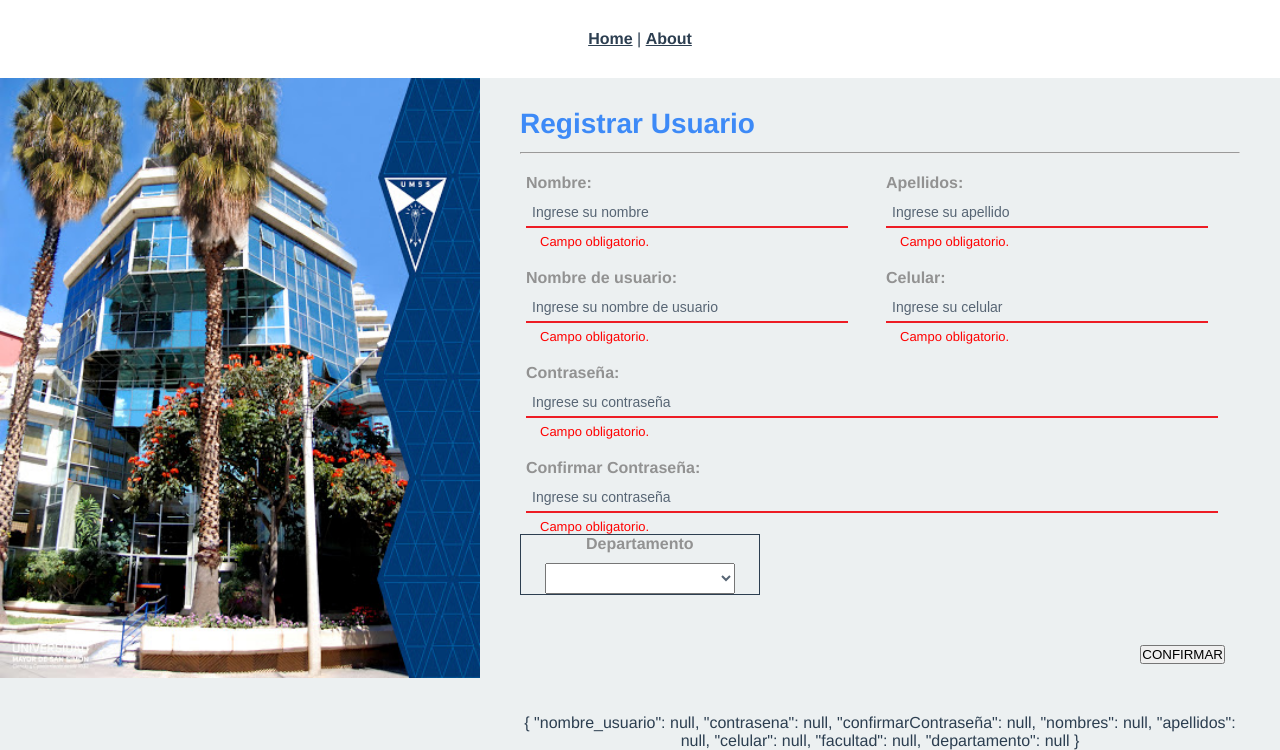
Repository: BritanyTorrico/front-cotizaciones
Page: /register
These files come from the project's save history. The page is drawn as it stood at one moment and after the next save; the edit follows.
The browser window is 1280 px wide. The pictures show the whole page.
The project was rebuilt for these pictures with package versions that can differ from the ones it lists, and the page was loaded fresh each time. Also part of the build but not shown: vue.config.js, src/components/HelloWorld.vue, src/views/Home.vue.

Above is the page before, as saved 2021-04-22 10:39:41.

After the next save:
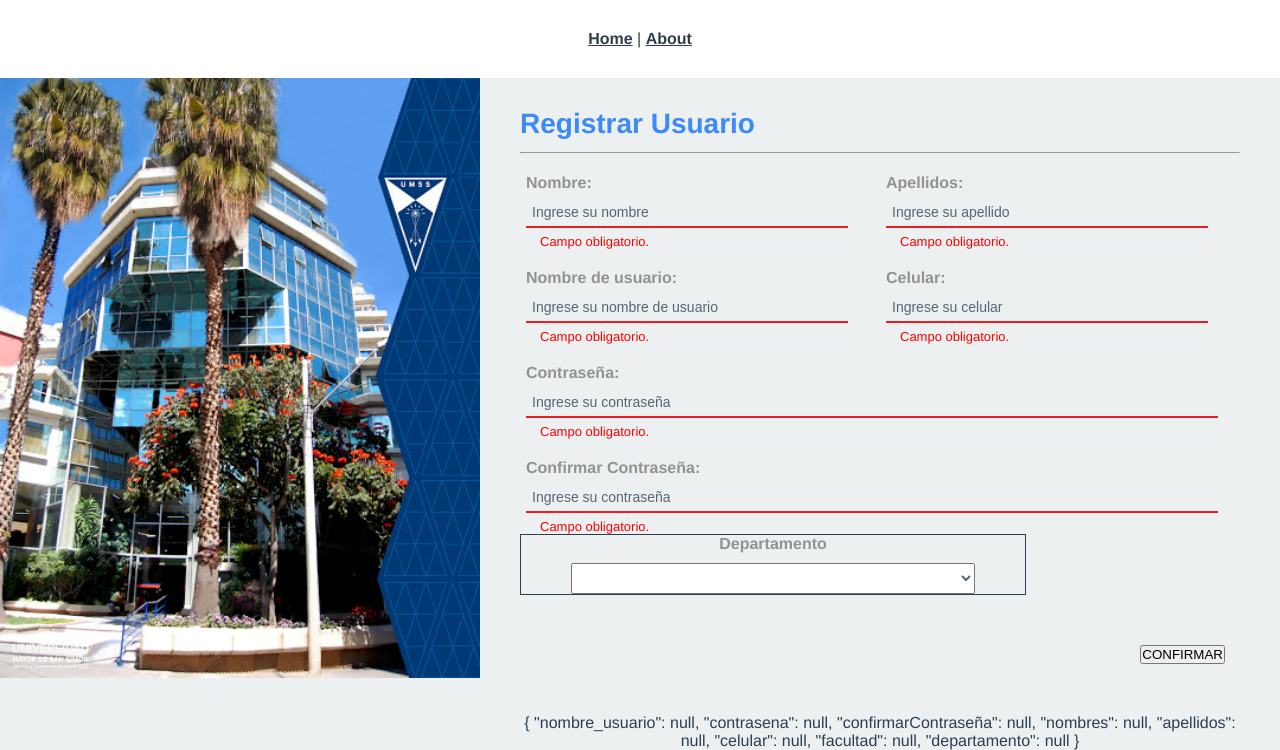
Saved 18 s later.
--- a/src/components/User/RegisterUser.vue
+++ b/src/components/User/RegisterUser.vue
@@ -303,7 +303,7 @@
   display: flex;
 }
 .fomrm__section__item {
-  width: 33%;
+  width: 70%;
   border: 1px solid;
 }
 .formulario_label {
